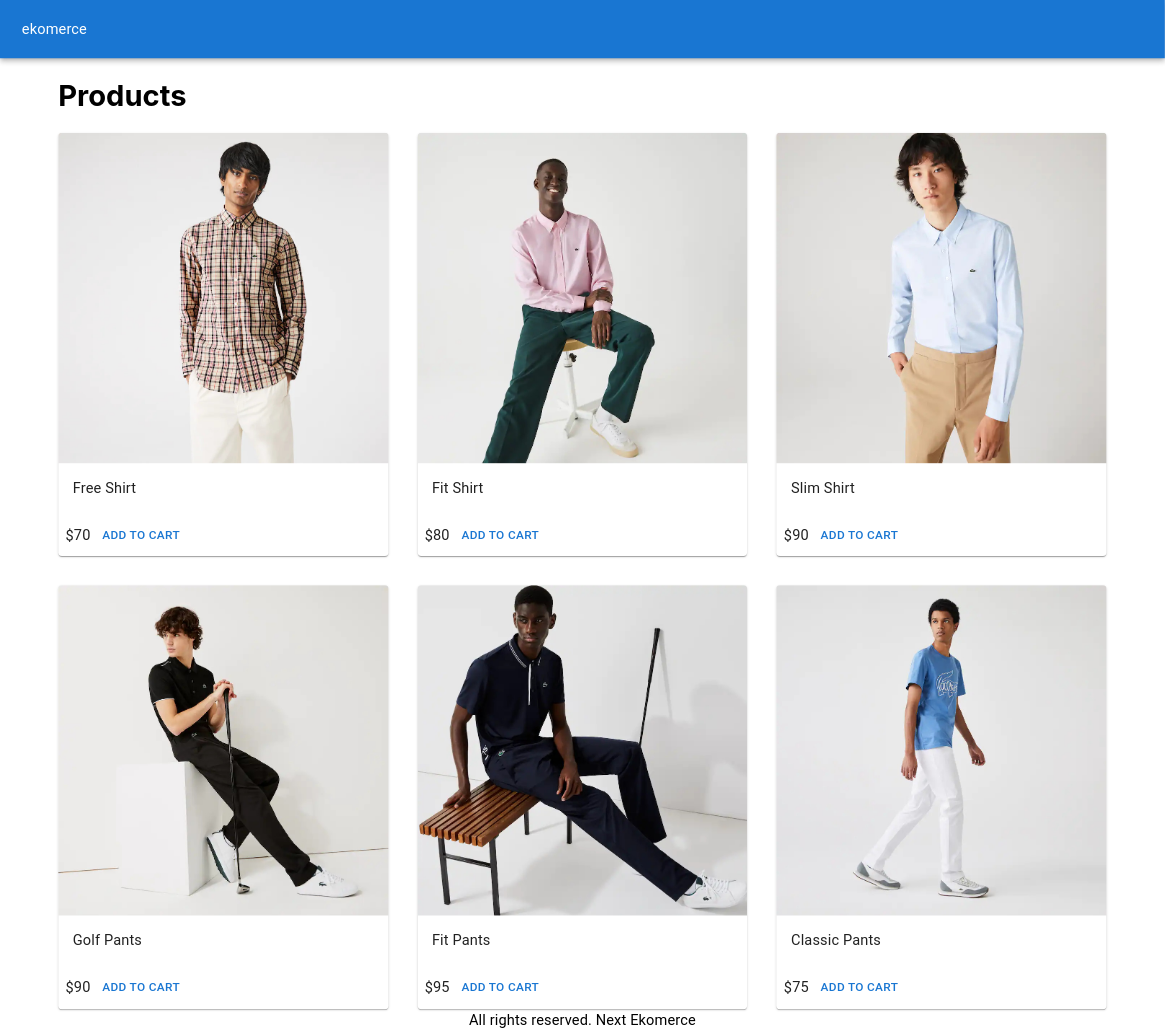
Repository: ChakmaSajib/ekomerce
Page: /
These files come from the project's save history. The page is drawn as it stood at one moment and after the next save; the edit follows.
The browser window is 1280 px wide. The pictures show the whole page, at 91% of full size.
The project was rebuilt for these pictures with package versions that can differ from the ones it lists, and the page was loaded fresh each time. The framework's server and built-in components were replaced by stand-ins that run in the browser. Also part of the build but not shown: next.config.js, styles/Home.module.css.

Above is the page before, as saved 2022-01-02 00:19:40.

### pages/_app.js
import React, { useEffect } from "react"
import '../styles/globals.css'
function MyApp({ Component, pageProps }) {
  useEffect(() => {
    // this will call after rendering this component
    // to remove css for server side rendering
    // to fix the issue with server-side with material-ui

    const jssStyle = document.querySelector('#jss-server-side')
    if (jssStyle) {
      jssStyle.parentElement.removeChild(jssStyle)
    }
  }, [])
  return <Component {...pageProps} />
}

export default MyApp

### pages/_document.js
// We will change the way that Next basically render the pages
import { ServerStyleSheets } from '@mui/styles';
import React from "react"
import App from 'next/app';
import Document, { Html, Head, Main, NextScript } from 'next/document';
export default class MyDocument extends Document {
    render() {
        return (
            <Html lang="en">
                <Head></Head>
                {/** here, the body element does not comming from NextJS */}
                <body>
                    <Main />
                    <NextScript />
                </body>
            </Html>
        )
    }
}

// This will render before above component
MyDocument.getInitialProps = async (ctx) => {
    const sheets = new ServerStyleSheets();
    const originalRenderPage = ctx.renderPage;
    ctx.renderPage = () => {
        return originalRenderPage({
            enhanceApp: (App) => (props) => sheets.collect(<App {...props} />),
        });
    };

    const initialProps = await Document.getInitialProps(ctx)
    return {
        ...initialProps,
        styles: [
            ...React.Children.toArray(initialProps.styles), sheets.getStyleElement()
        ]
    }
}

### pages/index.js
import Head from 'next/head'
import Image from 'next/image'
import Layout from '../components/Layout'
import styles from '../styles/Home.module.css'
import { Card, CardActionArea, CardContent, CardMedia, CardActions, Grid, Typography, Button } from '@mui/material'
import data from "../utils/data"

export default function Home() {
  return (
    <Layout>
      <div>
        <h1>Products</h1>
        {/** Parent Grid */}
        <Grid container spacing={4}>
          {data.products.map((product) => (
            <Grid item key={product.name} md={4}>
              <Card>
                <CardActionArea>
                  <CardMedia component="img" image={product.image} title={product.name}>
                  </CardMedia>
                  <CardContent >
                    <Typography>
                      {product.name}
                    </Typography>
                  </CardContent>
                </CardActionArea>
                <CardActions>
                  <Typography>${product.price}</Typography>
                  <Button size="small" color="primary"> Add to cart</Button>
                </CardActions>
              </Card>
            </Grid>
          ))}
        </Grid>
      </div>
    </Layout>

  )
}

### components/Layout.js
import React from 'react';
import Head from 'next/head';
import { AppBar, Toolbar, Typography, Container } from '@mui/material';
import useStyles from '../utils/styles';

export default function Layout({ children }) {
    const classes = useStyles()

    return (
        <div>
            <Head>
                <title>Ekomerce</title>
            </Head>

            {/** App bar */}
            <AppBar position="static" className={classes.navbar}>
                <Toolbar>
                    <Typography>
                        ekomerce
                    </Typography>
                </Toolbar>
            </AppBar>

            {/** Main Container */}
            <Container className={classes.main}>
                {children}
            </Container>

            {/** Footer */}

            <footer className={classes.footer}>
                <Typography> All rights reserved. Next Ekomerce </Typography>
            </footer>
        </div>
    )
}

### utils/data.js
const data = {
    products: [
        {
            name: 'Free Shirt',
            category: 'Shirts',
            image: '/images/shirt1.jpg',
            price: 70,
            brand: 'Nike',
            rating: 4.5,
            numReviews: 10,
            countInStock: 20,
            description: 'A popular shirt',
        },
        {
            name: 'Fit Shirt',
            category: 'Shirts',
            image: '/images/shirt2.jpg',
            price: 80,
            brand: 'Adidas',
            rating: 4.2,
            numReviews: 10,
            countInStock: 20,
            description: 'A popular shirt',
        },
        {
            name: 'Slim Shirt',
            category: 'Shirts',
            image: '/images/shirt3.jpg',
            price: 90,
            brand: 'Raymond',
            rating: 4.5,
            numReviews: 10,
            countInStock: 20,
            description: 'A popular shirt',
        },
        {
            name: 'Golf Pants',
            category: 'Pants',
            image: '/images/pants1.jpg',
            price: 90,
            brand: 'Oliver',
            rating: 4.5,
            numReviews: 10,
            countInStock: 20,
            description: 'Smart looking pants',
        },
        {
            name: 'Fit Pants',
            category: 'Pants',
            image: '/images/pants2.jpg',
            price: 95,
            brand: 'Zara',
            rating: 4.5,
            numReviews: 10,
            countInStock: 20,
            description: 'A popular pants',
        },
        {
            name: 'Classic Pants',
            category: 'Pants',
            image: '/images/pants3.jpg',
            price: 75,
            brand: 'Casely',
            rating: 4.5,
            numReviews: 10,
            countInStock: 20,
            description: 'A popular pants',
        },
    ],
};
export default data;

### utils/styles.js
import { makeStyles } from '@mui/styles';

const useStyles = makeStyles({
    navbar: {
        backgroundColor: '#203040',
        '& a': {
            color: "#fff",
            marginLeft: 10,
        }

    },
    main: {
        minHeight: '80vh',
    },

    footer: {
        textAlign: 'center'
    }
})

export default useStyles;

Loaded but not shown: styles/globals.css (common file)

After the next save:
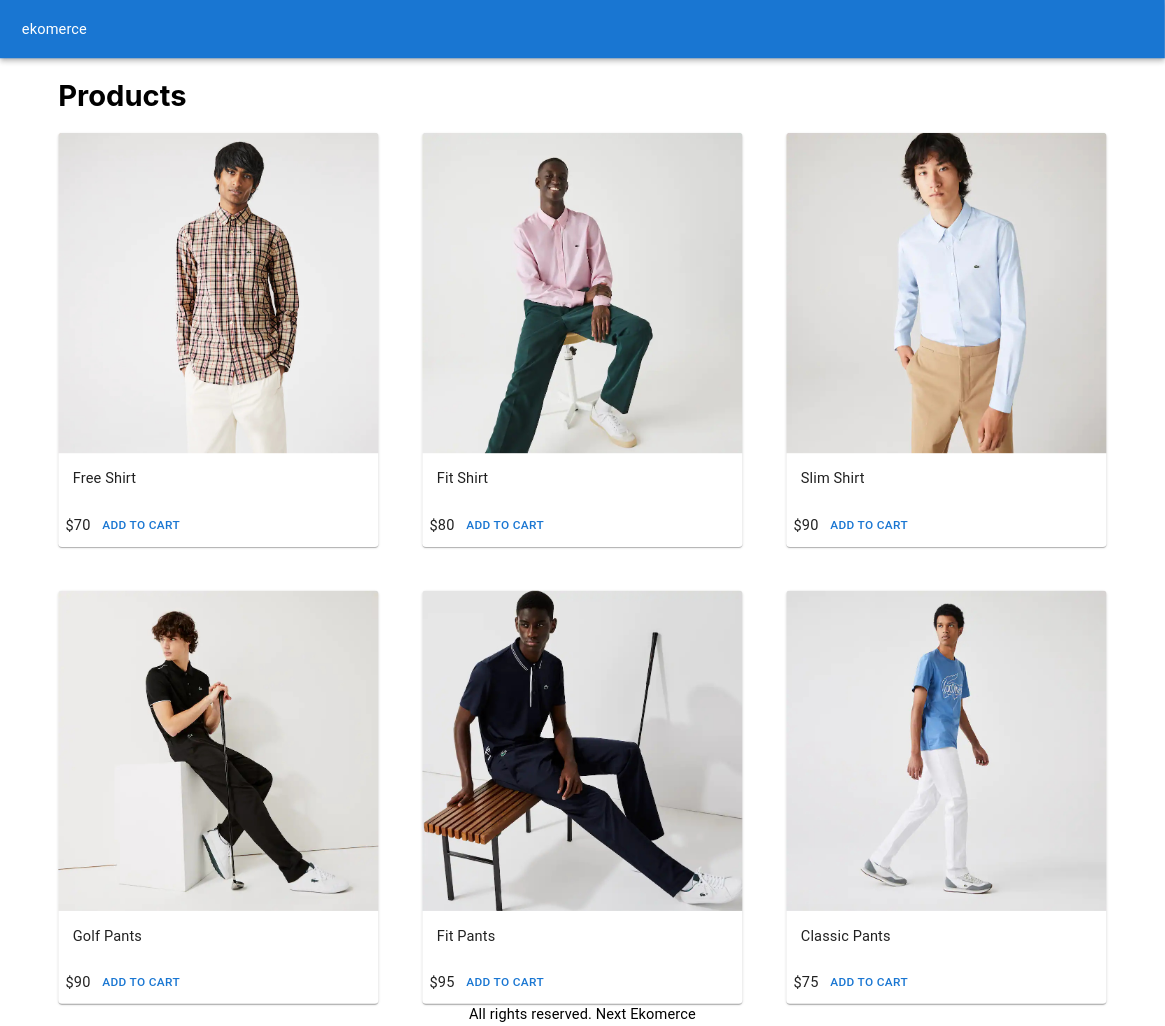
Saved 11 s later.
--- a/pages/index.js
+++ b/pages/index.js
@@ -11,7 +11,7 @@
       <div>
         <h1>Products</h1>
         {/** Parent Grid */}
-        <Grid container spacing={4}>
+        <Grid container spacing={6}>
           {data.products.map((product) => (
             <Grid item key={product.name} md={4}>
               <Card>
